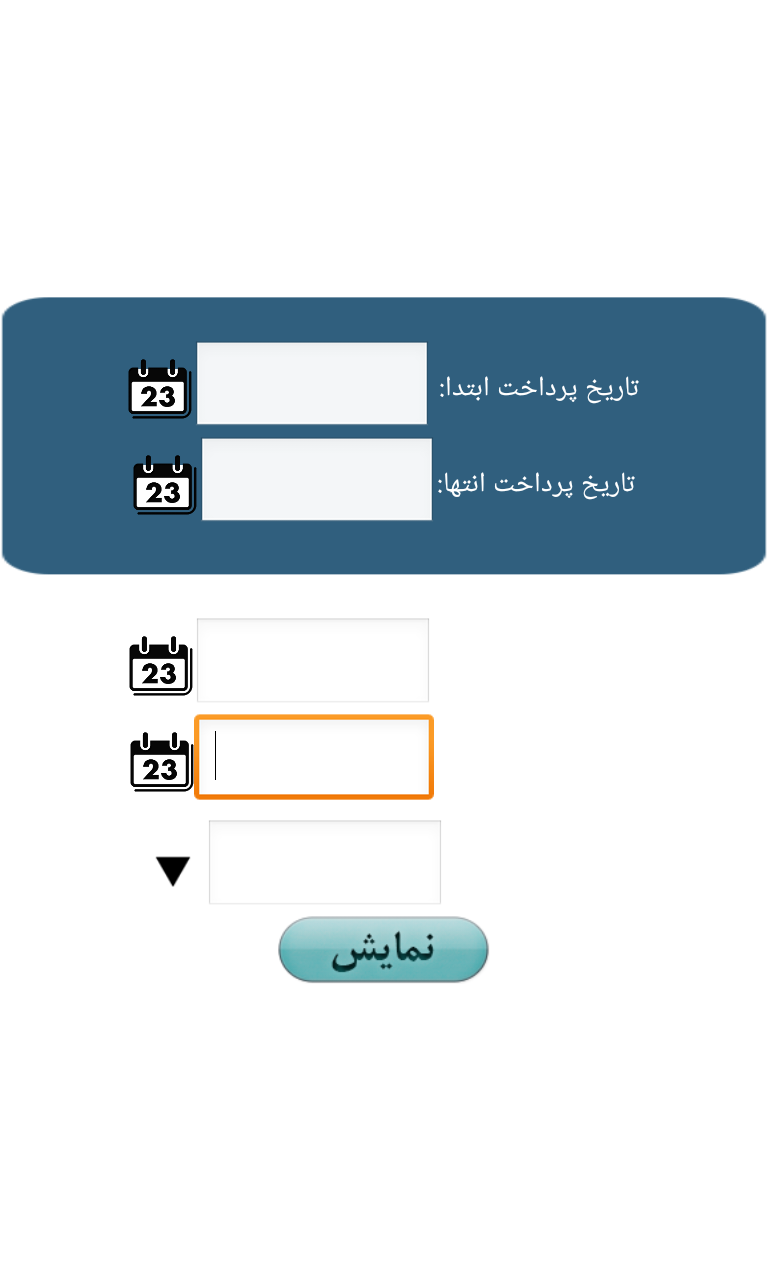
Repository: AtiehPardaz/Reports-Mobile
Layout: Reportsmobile/res/layout/frg_khazane_asnaddaryafti.xml
An editor plug-in stored every save of this project. The layout is shown before and after the next save, followed by the edit.
It is drawn on a 768 x 1280 px phone screen (xhdpi) without system bars, with theme Theme.behzad; the app's code is not run.

Above is the layout before, as saved 2015-03-11 13:53:28.

After the next save:
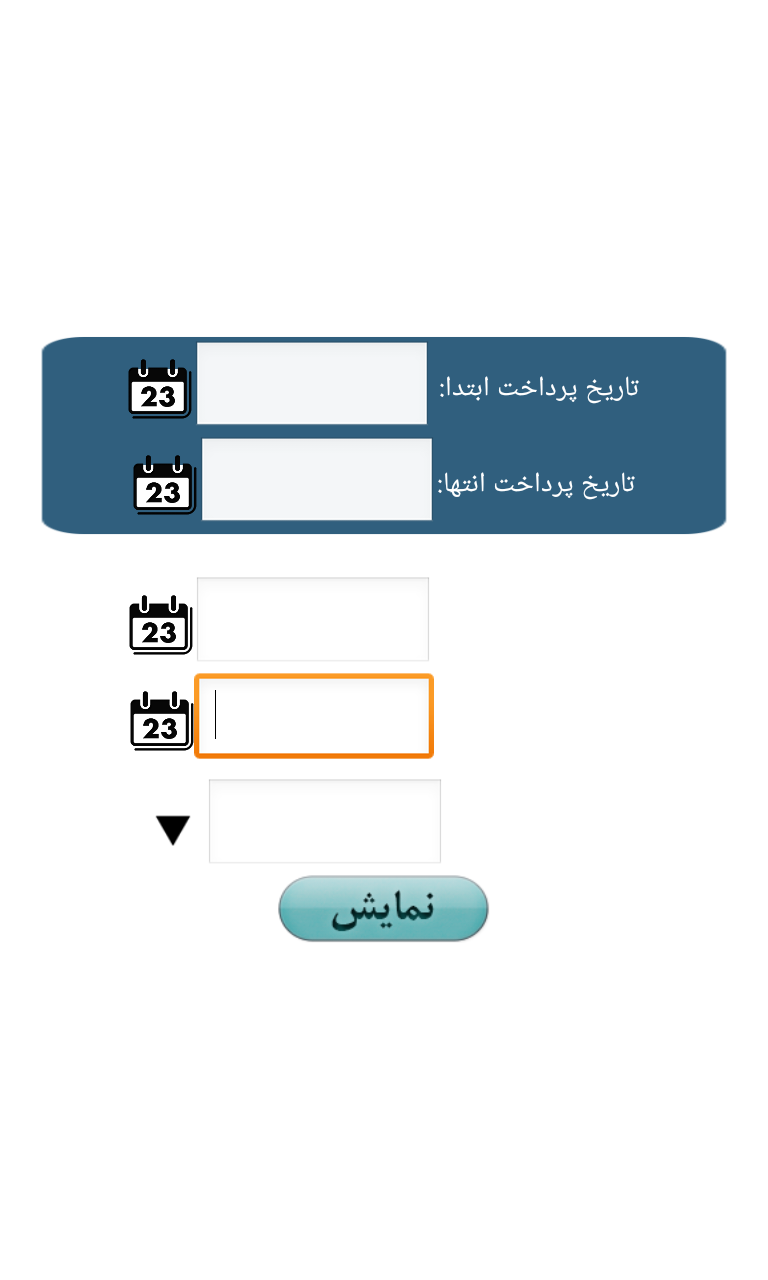
Saved 87 s later.
--- a/Reportsmobile/res/layout/frg_khazane_asnaddaryafti.xml
+++ b/Reportsmobile/res/layout/frg_khazane_asnaddaryafti.xml
@@ -8,8 +8,10 @@
 
     <LinearLayout
         android:layout_width="match_parent"
-        android:layout_height="wrap_content"
+        android:layout_height="100dp"
         android:layout_gravity="center"
+        android:layout_marginLeft="20dp"
+        android:layout_marginRight="20dp"
         android:background="@drawable/backitem"
         android:gravity="center"
         android:orientation="vertical" >
